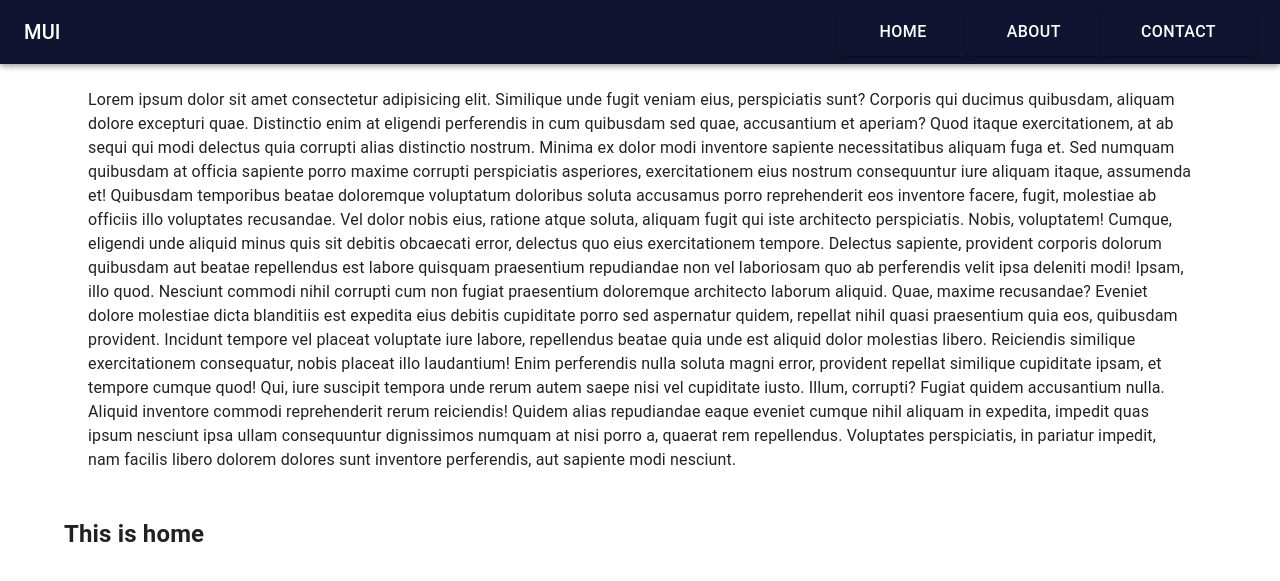
Repository: Wahid137/explore-mui
Page: /
These files come from the project's save history. The page is drawn as it stood at one moment and after the next save; the edit follows.
The browser window is 1280 px wide. The pictures show the whole page.
The project was rebuilt for these pictures with package versions that can differ from the ones it lists, and the page was loaded fresh each time. Also part of the build but not shown: src/App.css.

Above is the page before, as saved 2023-04-19 14:25:08.

### src/App.js
import './App.css';
import { RouterProvider, createBrowserRouter } from 'react-router-dom';
import { ThemeProvider, CssBaseline } from '@mui/material'
import { theme } from './theme/theme';
import Home from './Pages/Home/Home';
import Layout from './Components/Layout/Layout';
const router = createBrowserRouter([
  {
    element: <Layout></Layout>,
    path: '/',
    children: [
      {
        element: <Home />,
        path: '/',
      },
    ],
  },
]);

function App() {
  return (
    <ThemeProvider theme={theme}>
      <RouterProvider router={router}>
        <CssBaseline />
      </RouterProvider>
    </ThemeProvider>

  );
}

export default App;

### src/theme/theme.js
import { createTheme } from '@mui/material';

export const theme = createTheme({
    palette: {
        primary: {
            main: '#111430',
            yellow: '#FBD062',
            green: '#7AB259',
        },
    },
    components: {
        MuiContainer: {
            defaultProps: {
                maxWidth: 'lg', // 1200
            },
        },
        MuiButton: {
            styleOverrides: {
                root: {
                    fontSize: '1rem',
                    padding: '0.6rem 2.5rem',
                },
            },
            defaultProps: {
                variant: 'contained',
                color: 'primary',
                // disableRipple: true,
            },
        },
    },
});

### src/Components/Layout/Layout.js
import { Box, Container } from '@mui/material';
import React from 'react';
import { Outlet } from 'react-router-dom';
import Header from '../Header/Header';


const Layout = () => {
    return (
        <Box>
            <Container>
                <Header></Header>
                <Outlet />
            </Container>
        </Box>
    );
};

export default Layout;

### src/Components/Header/Header.js
import * as React from 'react';
import AppBar from '@mui/material/AppBar';
import Box from '@mui/material/Box';
import CssBaseline from '@mui/material/CssBaseline';
import Divider from '@mui/material/Divider';
import Drawer from '@mui/material/Drawer';
import IconButton from '@mui/material/IconButton';
import List from '@mui/material/List';
import ListItem from '@mui/material/ListItem';
import ListItemButton from '@mui/material/ListItemButton';
import ListItemText from '@mui/material/ListItemText';
import MenuIcon from '@mui/icons-material/Menu';
import Toolbar from '@mui/material/Toolbar';
import Typography from '@mui/material/Typography';
import Button from '@mui/material/Button';



const drawerWidth = 240;
const navItems = ['Home', 'About', 'Contact'];

export default function Header(props) {
    const { window } = props;
    const [mobileOpen, setMobileOpen] = React.useState(false);

    const handleDrawerToggle = () => {
        setMobileOpen((prevState) => !prevState);
    };

    const drawer = (
        <Box onClick={handleDrawerToggle} sx={{ textAlign: 'center' }}>
            <Typography variant="h6" sx={{ my: 2 }}>
                MUI
            </Typography>
            <Divider />
            <List>
                {navItems.map((item) => (
                    <ListItem key={item} disablePadding>
                        <ListItemButton sx={{ textAlign: 'center' }}>
                            <ListItemText primary={item} />
                        </ListItemButton>
                    </ListItem>
                ))}
            </List>
        </Box>
    );

    const container = window !== undefined ? () => window().document.body : undefined;

    return (
        <Box sx={{ display: 'flex' }}>
            <CssBaseline />
            <AppBar component="nav">
                <Toolbar>
                    <IconButton
                        color="inherit"
                        aria-label="open drawer"
                        edge="start"
                        onClick={handleDrawerToggle}
                        sx={{ mr: 2, display: { sm: 'none' } }}
                    >
                        <MenuIcon />
                    </IconButton>
                    <Typography
                        variant="h6"
                        component="div"
                        sx={{ flexGrow: 1, display: { xs: 'none', sm: 'block' } }}
                    >
                        MUI
                    </Typography>
                    <Box sx={{ display: { xs: 'none', sm: 'block' } }}>
                        {navItems.map((item) => (
                            <Button key={item} sx={{ color: '#fff' }}>
                                {item}
                            </Button>
                        ))}
                    </Box>
                </Toolbar>
            </AppBar>
            <Box component="nav">
                <Drawer
                    container={container}
                    variant="temporary"
                    open={mobileOpen}
                    onClose={handleDrawerToggle}
                    ModalProps={{
                        keepMounted: true, // Better open performance on mobile.
                    }}
                    sx={{
                        display: { xs: 'block', sm: 'none' },
                        '& .MuiDrawer-paper': { boxSizing: 'border-box', width: drawerWidth },
                    }}
                >
                    {drawer}
                </Drawer>
            </Box>
            <Box component="main" sx={{ p: 3 }}>
                <Toolbar />
                <Typography>
                    Lorem ipsum dolor sit amet consectetur adipisicing elit. Similique unde
                    fugit veniam eius, perspiciatis sunt? Corporis qui ducimus quibusdam,
                    aliquam dolore excepturi quae. Distinctio enim at eligendi perferendis in
                    cum quibusdam sed quae, accusantium et aperiam? Quod itaque exercitationem,
                    at ab sequi qui modi delectus quia corrupti alias distinctio nostrum.
                    Minima ex dolor modi inventore sapiente necessitatibus aliquam fuga et. Sed
                    numquam quibusdam at officia sapiente porro maxime corrupti perspiciatis
                    asperiores, exercitationem eius nostrum consequuntur iure aliquam itaque,
                    assumenda et! Quibusdam temporibus beatae doloremque voluptatum doloribus
                    soluta accusamus porro reprehenderit eos inventore facere, fugit, molestiae
                    ab officiis illo voluptates recusandae. Vel dolor nobis eius, ratione atque
                    soluta, aliquam fugit qui iste architecto perspiciatis. Nobis, voluptatem!
                    Cumque, eligendi unde aliquid minus quis sit debitis obcaecati error,
                    delectus quo eius exercitationem tempore. Delectus sapiente, provident
                    corporis dolorum quibusdam aut beatae repellendus est labore quisquam
                    praesentium repudiandae non vel laboriosam quo ab perferendis velit ipsa
                    deleniti modi! Ipsam, illo quod. Nesciunt commodi nihil corrupti cum non
                    fugiat praesentium doloremque architecto laborum aliquid. Quae, maxime
                    recusandae? Eveniet dolore molestiae dicta blanditiis est expedita eius
                    debitis cupiditate porro sed aspernatur quidem, repellat nihil quasi
                    praesentium quia eos, quibusdam provident. Incidunt tempore vel placeat
                    voluptate iure labore, repellendus beatae quia unde est aliquid dolor
                    molestias libero. Reiciendis similique exercitationem consequatur, nobis
                    placeat illo laudantium! Enim perferendis nulla soluta magni error,
                    provident repellat similique cupiditate ipsam, et tempore cumque quod! Qui,
                    iure suscipit tempora unde rerum autem saepe nisi vel cupiditate iusto.
                    Illum, corrupti? Fugiat quidem accusantium nulla. Aliquid inventore commodi
                    reprehenderit rerum reiciendis! Quidem alias repudiandae eaque eveniet
                    cumque nihil aliquam in expedita, impedit quas ipsum nesciunt ipsa ullam
                    consequuntur dignissimos numquam at nisi porro a, quaerat rem repellendus.
                    Voluptates perspiciatis, in pariatur impedit, nam facilis libero dolorem
                    dolores sunt inventore perferendis, aut sapiente modi nesciunt.
                </Typography>
            </Box>
        </Box>
    );
}

Loaded but not shown: public/index.html (common file); src/index.js (common file); src/index.css (common file); src/reportWebVitals.js (common file); src/Pages/Home/Home.js (common file)

After the next save:
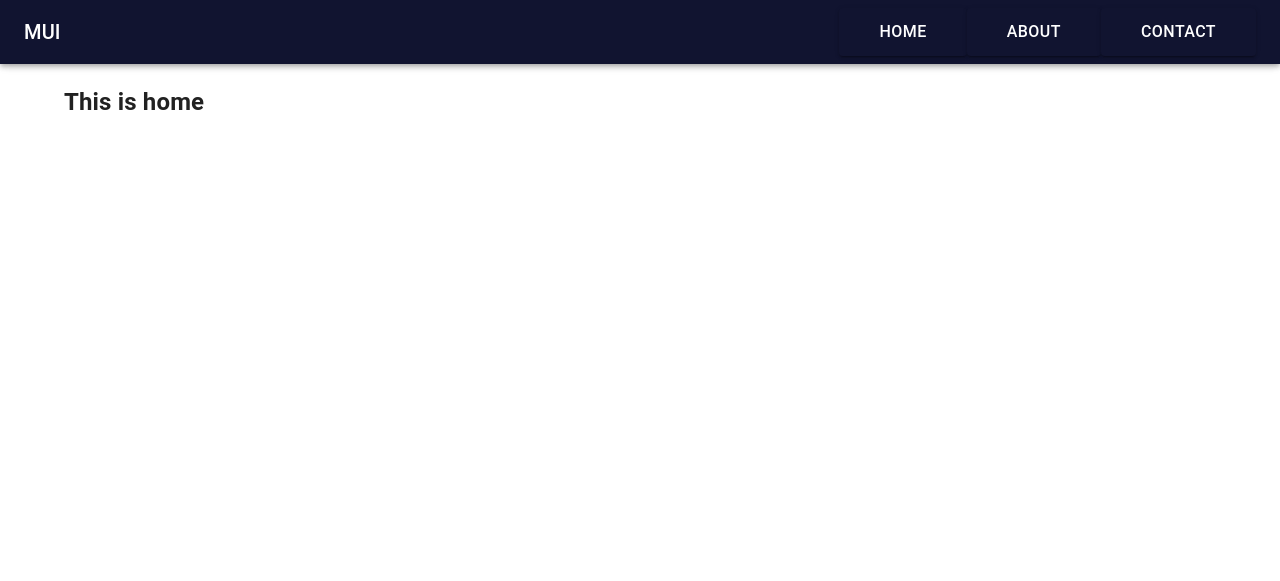
Saved 13 min 7 s later.
--- a/src/Components/Header/Header.js
+++ b/src/Components/Header/Header.js
@@ -94,42 +94,8 @@ export default function Header(props) {
                     {drawer}
                 </Drawer>
             </Box>
-            <Box component="main" sx={{ p: 3 }}>
+            <Box component="main">
                 <Toolbar />
-                <Typography>
-                    Lorem ipsum dolor sit amet consectetur adipisicing elit. Similique unde
-                    fugit veniam eius, perspiciatis sunt? Corporis qui ducimus quibusdam,
-                    aliquam dolore excepturi quae. Distinctio enim at eligendi perferendis in
-                    cum quibusdam sed quae, accusantium et aperiam? Quod itaque exercitationem,
-                    at ab sequi qui modi delectus quia corrupti alias distinctio nostrum.
-                    Minima ex dolor modi inventore sapiente necessitatibus aliquam fuga et. Sed
-                    numquam quibusdam at officia sapiente porro maxime corrupti perspiciatis
-                    asperiores, exercitationem eius nostrum consequuntur iure aliquam itaque,
-                    assumenda et! Quibusdam temporibus beatae doloremque voluptatum doloribus
-                    soluta accusamus porro reprehenderit eos inventore facere, fugit, molestiae
-                    ab officiis illo voluptates recusandae. Vel dolor nobis eius, ratione atque
-                    soluta, aliquam fugit qui iste architecto perspiciatis. Nobis, voluptatem!
-                    Cumque, eligendi unde aliquid minus quis sit debitis obcaecati error,
-                    delectus quo eius exercitationem tempore. Delectus sapiente, provident
-                    corporis dolorum quibusdam aut beatae repellendus est labore quisquam
-                    praesentium repudiandae non vel laboriosam quo ab perferendis velit ipsa
-                    deleniti modi! Ipsam, illo quod. Nesciunt commodi nihil corrupti cum non
-                    fugiat praesentium doloremque architecto laborum aliquid. Quae, maxime
-                    recusandae? Eveniet dolore molestiae dicta blanditiis est expedita eius
-                    debitis cupiditate porro sed aspernatur quidem, repellat nihil quasi
-                    praesentium quia eos, quibusdam provident. Incidunt tempore vel placeat
-                    voluptate iure labore, repellendus beatae quia unde est aliquid dolor
-                    molestias libero. Reiciendis similique exercitationem consequatur, nobis
-                    placeat illo laudantium! Enim perferendis nulla soluta magni error,
-                    provident repellat similique cupiditate ipsam, et tempore cumque quod! Qui,
-                    iure suscipit tempora unde rerum autem saepe nisi vel cupiditate iusto.
-                    Illum, corrupti? Fugiat quidem accusantium nulla. Aliquid inventore commodi
-                    reprehenderit rerum reiciendis! Quidem alias repudiandae eaque eveniet
-                    cumque nihil aliquam in expedita, impedit quas ipsum nesciunt ipsa ullam
-                    consequuntur dignissimos numquam at nisi porro a, quaerat rem repellendus.
-                    Voluptates perspiciatis, in pariatur impedit, nam facilis libero dolorem
-                    dolores sunt inventore perferendis, aut sapiente modi nesciunt.
-                </Typography>
             </Box>
         </Box>
     );
